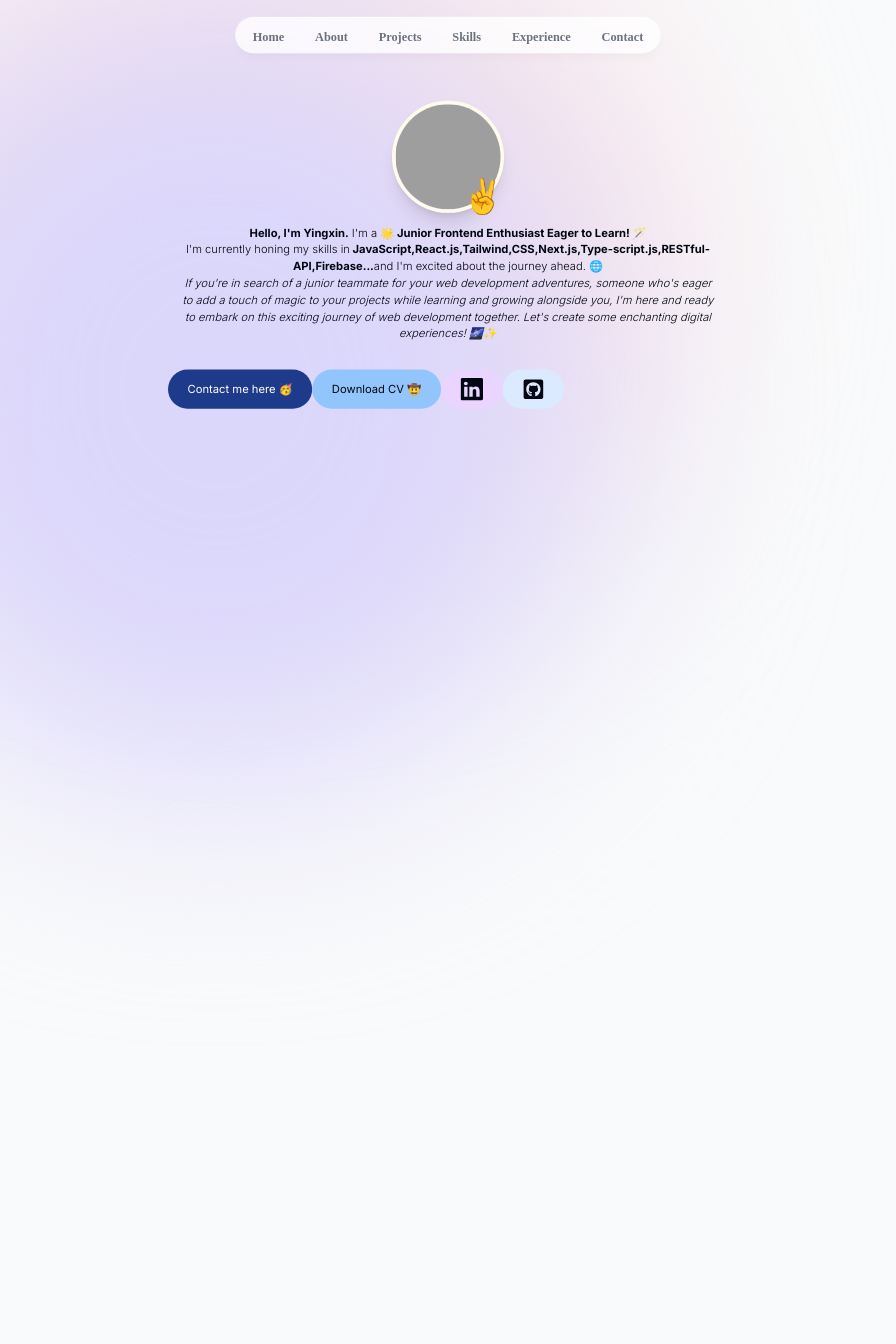
Repository: Tracy-maker/portfolio_website
Page: /
These files come from the project's save history. The page is drawn as it stood at one moment and after the next save; the edit follows.
The browser window is 1280 px wide. The pictures show the part of the page from y = 0 to 1920 px (the page is 5000 px tall), at 70% of full size.
Pictures or frames that could not be fetched are drawn as grey boxes. The project was rebuilt for these pictures with package versions that can differ from the ones it lists, and the page was loaded fresh each time. The framework's server and built-in components were replaced by stand-ins that run in the browser. Also part of the build but not shown: next.config.js.

Above is the page before, as saved 2023-10-06 11:31:35.

### app/layout.tsx
import Header from "@/components/header";
import "./globals.css";
import type { Metadata } from "next";
import { Inter } from "next/font/google";

const inter = Inter({ subsets: ["latin"] });

export const metadata: Metadata = {
  title: "Yingxin_Zhang | Portfolio",
  description: "Yingxin_Zhang is a front-end developer",
};

export default function RootLayout({
  children,
}: {
  children: React.ReactNode;
}) {
  return (
    <html lang="en">
      <body
        className={`${inter.className} bg-gray-50 text-gray-950 relative h-[5000px] pt-28 sm:pt-36`}
      >
        <div className="bg-[#fbe2e3] absolute top-[-6rem] -z-10 right-[21rem] h-[56.25rem] w-[31.25rem] rounded-full blur-[10rem] sm:w-[68.75rem]"></div>
        <div className="bg-[#dbd7fb] absolute top-[-1rem] -z-10 left-[-45rem] h-[71.25rem] w-[-30rem] rounded-full blur-[10rem] sm:w-[68.75rem] md:left-[-33rem] lg:left-[-28rem] xl:left-[-15rem] 2xl:left-[-5rem]"></div>
        <Header />
        {children}
      </body>
    </html>
  );
}

### app/page.tsx
import Intro from "@/components/intro";
import Image from "next/image";

export default function Home() {
  return (
    <main className="flex flex-col items-center">
      <Intro />
    </main>
  );
}

### components/header.tsx
"use client";
import { motion } from "framer-motion";
import { links } from "@/lib/data";
import Link from "next/link";


export default function Header() {
  return (
    <header className="z-[999] relative">
      <motion.div
        className="fixed top-0 left-1/2 h-[4.5rem] w-full
        rounded-none border border-white border-opacity-40
        bg-white bg-opacity-80 shadow-lg shadow-black/[0.03]
        backdrop-blur-[0.5rem] sm:top-6 sm:h-[3.25rem] sm:w-[38rem] sm:rounded-full"
        initial={{ y: -100, x: "-50%", opacity: 0 }}
        animate={{ y: 0, x: "-50%", opacity: 1 }}
      ></motion.div>

      <nav className="flex font-custom fixed top-[0.15rem] left-1/2 h-12 -translate-x-1/2 py-2 sm:top-[1.7rem] sm:h-[initial] sm:py-0">
        <ul className="flex w-[22rem] flex-wrap items-center justify-center gap-y-1 text-[1.1rem] font-bold text-gray-500 sm:w-[initial] sm:flex-nowrap sm:gap-5">
          {links.map((link) => (
            <motion.li
              className="h-3/4 flex items-center justify-center relative"
              key={link.hash}
              initial={{ y: -100, opacity: 0 }}
              animate={{ y: 0, opacity: 1 }}
            >
              <Link
                className="flex w-full items-center justify-center px-3 py-3 hover:text-gray-950 transition"
                href={link.hash}
              >
                {link.name}
              </Link>
            </motion.li>
          ))}
        </ul>
      </nav>
    </header>
  );
}

### components/intro.tsx
"use client";

import Image from "next/image";
import React from "react";
import { motion } from "framer-motion";
import Link from "next/link";
import { BsLinkedin } from "react-icons/bs";
import { FaGithubSquare } from "react-icons/fa";

export default function Intro() {
  return (
    <section className="mb-28 max-w-[50rem] text-center sm:mb-0 scroll-mt-[100rem]">
      <div className="flex items-center justify-center">
        <div className="relative">
          <motion.div
            initial={{ opacity: 0, scale: 0 }}
            animate={{ opacity: 1, scale: 1 }}
            transition={{
              type: "tween",
              duration: 0.2,
            }}
          >
            <Image
              src="https://i.ibb.co/MRHHtS5/Wechat-IMG7.jpg"
              alt="Personal image"
              width="300"
              height="300"
              quality="90"
              priority={true}
              className="h-40 w-40 rounded-full object-cover border-[0.35rem] border-amber-50 shadow-xl"
            />
          </motion.div>

          <motion.span
            className="absolute bottom-0 right-0 text-5xl"
            initial={{ opacity: 0, scale: 0 }}
            animate={{ opacity: 1, scale: 1 }}
            transition={{
              type: "spring",
              stiffness: 125,
              delay: 0.1,
              duration: 0.7,
            }}
          >
            ✌️
          </motion.span>
        </div>
      </div>
      <motion.h6
        className="mb-10 mt-4 px-4 text-s font-light !leading-[1.5] sm:text-m"
        initial={{ opacity: 0, y: 100 }}
        animate={{ opacity: 1, y: 0 }}
      >
        <span className="font-bold">Hello, I'm Yingxin.</span> I'm a{" "}
        <span className="font-bold">
          🌟 Junior Frontend Enthusiast Eager to Learn! 🪄
        </span>
        <br />
        I'm currently honing my skills in
        <span className="font-bold">
          {" "}
          JavaScript,React.js,Tailwind,CSS,Next.js,Type-script.js,RESTful-API,Firebase...
        </span>
        and I'm excited about the journey ahead. 🌐
        <br />
        <span className="italic">
          If you're in search of a junior teammate for your web development
          adventures, someone who's eager to add a touch of magic to your
          projects while learning and growing alongside you, I'm here and ready
          to embark on this exciting journey of web development together. Let's
          create some enchanting digital experiences! 🌌✨
        </span>
      </motion.h6>

      <div className="flex flex-col sm:flex-row">
        <Link
          href="#contact"
          className="bg-blue-900 text-white px-7 py-3 flex items-center gap-2 rounded-full"
        >
          Contact me here 🥳
        </Link>
        <a className="bg-blue-300 px-7 py-3 flex items-center gap-2 rounded-full">
          Download CV 🤠
        </a>
        <a className="bg-purple-200 px-7 py-3 flex items-center gap-2 rounded-full text-[2rem]">
          <BsLinkedin />
        </a>
        <a className="bg-blue-100 px-7 py-3 flex items-center gap-2 rounded-full text-[2rem]">
          <FaGithubSquare />
        </a>
      </div>
    </section>
  );
}

### lib/data.ts
import React from "react";
import { CgWorkAlt } from "react-icons/cg";
import { FaReact } from "react-icons/fa";
import { LuGraduationCap } from "react-icons/lu";
import p1Img from "@/public/p1.png";
import p2Img from "@/public/p2.png";
import p3Img from "@/public/p3.png";

export const links = [
  {
    name: "Home",
    hash: "#home",
  },
  {
    name: "About",
    hash: "#about",
  },
  {
    name: "Projects",
    hash: "#projects",
  },
  {
    name: "Skills",
    hash: "#skills",
  },
  {
    name: "Experience",
    hash: "#experience",
  },
  {
    name: "Contact",
    hash: "#contact",
  },
] as const;

export const experiencesData = [
  {
    title: "Graduated bootcamp",
    location: "Miami, FL",
    description:
      "I graduated after 6 months of studying. I immediately found a job as a front-end developer.",
    icon: React.createElement(LuGraduationCap),
    date: "2019",
  },
  {
    title: "Front-End Developer",
    location: "Orlando, FL",
    description:
      "I worked as a front-end developer for 2 years in 1 job and 1 year in another job. I also upskilled to the full stack.",
    icon: React.createElement(CgWorkAlt),
    date: "2019 - 2021",
  },
  {
    title: "Full-Stack Developer",
    location: "Houston, TX",
    description:
      "I'm now a full-stack developer working as a freelancer. My stack includes React, Next.js, TypeScript, Tailwind, Prisma and MongoDB. I'm open to full-time opportunities.",
    icon: React.createElement(FaReact),
    date: "2021 - present",
  },
] as const;

export const projectsData = [
  {
    title: "CorpComment",
    description:
      "I worked as a full-stack developer on this startup project for 2 years. Users can give public feedback to companies.",
    tags: ["React", "Next.js", "MongoDB", "Tailwind", "Prisma"],
    imageUrl: p1Img,
  },
  {
    title: "rmtDev",
    description:
      "Job board for remote developer jobs. I was the front-end developer. It has features like filtering, sorting and pagination.",
    tags: ["React", "TypeScript", "Next.js", "Tailwind", "Redux"],
    imageUrl: p2Img,
  },
  {
    title: "Word Analytics",
    description:
      "A public web app for quick analytics on text. It shows word count, character count and social media post limits.",
    tags: ["React", "Next.js", "SQL", "Tailwind", "Framer"],
    imageUrl: p3Img,
  },
] as const;

export const skillsData = [
  "HTML",
  "CSS",
  "JavaScript",
  "TypeScript",
  "React",
  "Next.js",
  "Git",
  "MUI-material",
  "Tailwind",
  "REST-API",
  "PostgreSQL",
  "Framer Motion",
] as const;

### tailwind.config.ts
import type { Config } from 'tailwindcss'

const config: Config = {
  content: [
    './pages/**/*.{js,ts,jsx,tsx,mdx}',
    './components/**/*.{js,ts,jsx,tsx,mdx}',
    './app/**/*.{js,ts,jsx,tsx,mdx}',
  ],
  theme: {
    extend: {
      backgroundImage: {
        'gradient-radial': 'radial-gradient(var(--tw-gradient-stops))',
        'gradient-conic':
          'conic-gradient(from 180deg at 50% 50%, var(--tw-gradient-stops))',
      },
      fontFamily: {
        custom: ["Gabarito", "cursive"],
      },
    },
  },
  plugins: [],
}
export default config

Loaded but not shown: app/globals.css (common file)

After the next save:
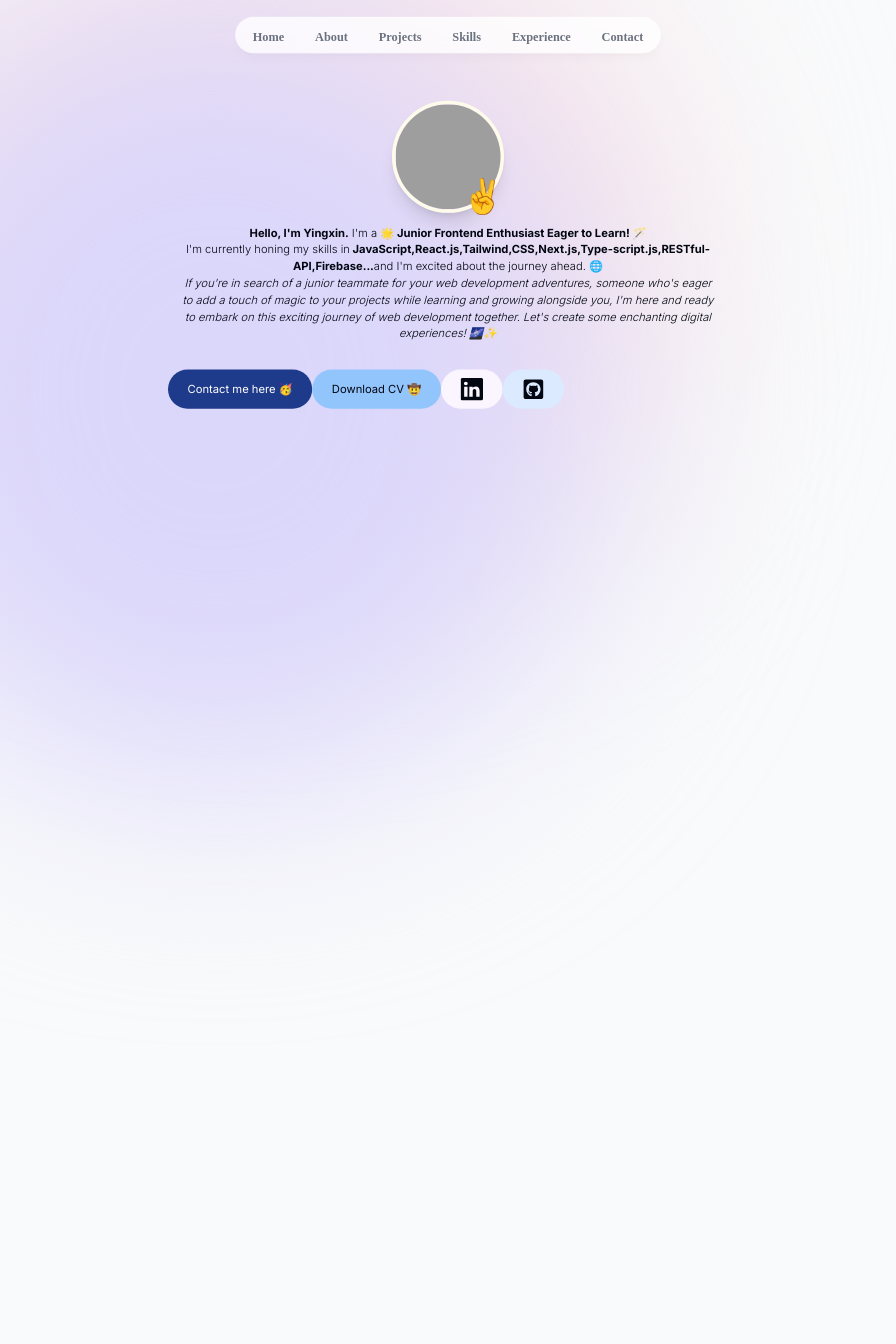
Saved 7 s later.
--- a/components/intro.tsx
+++ b/components/intro.tsx
@@ -82,7 +82,7 @@ export default function Intro() {
         <a className="bg-blue-300 px-7 py-3 flex items-center gap-2 rounded-full">
           Download CV 🤠
         </a>
-        <a className="bg-purple-200 px-7 py-3 flex items-center gap-2 rounded-full text-[2rem]">
+        <a className="bg-purple-50 px-7 py-3 flex items-center gap-2 rounded-full text-[2rem]">
           <BsLinkedin />
         </a>
         <a className="bg-blue-100 px-7 py-3 flex items-center gap-2 rounded-full text-[2rem]">
